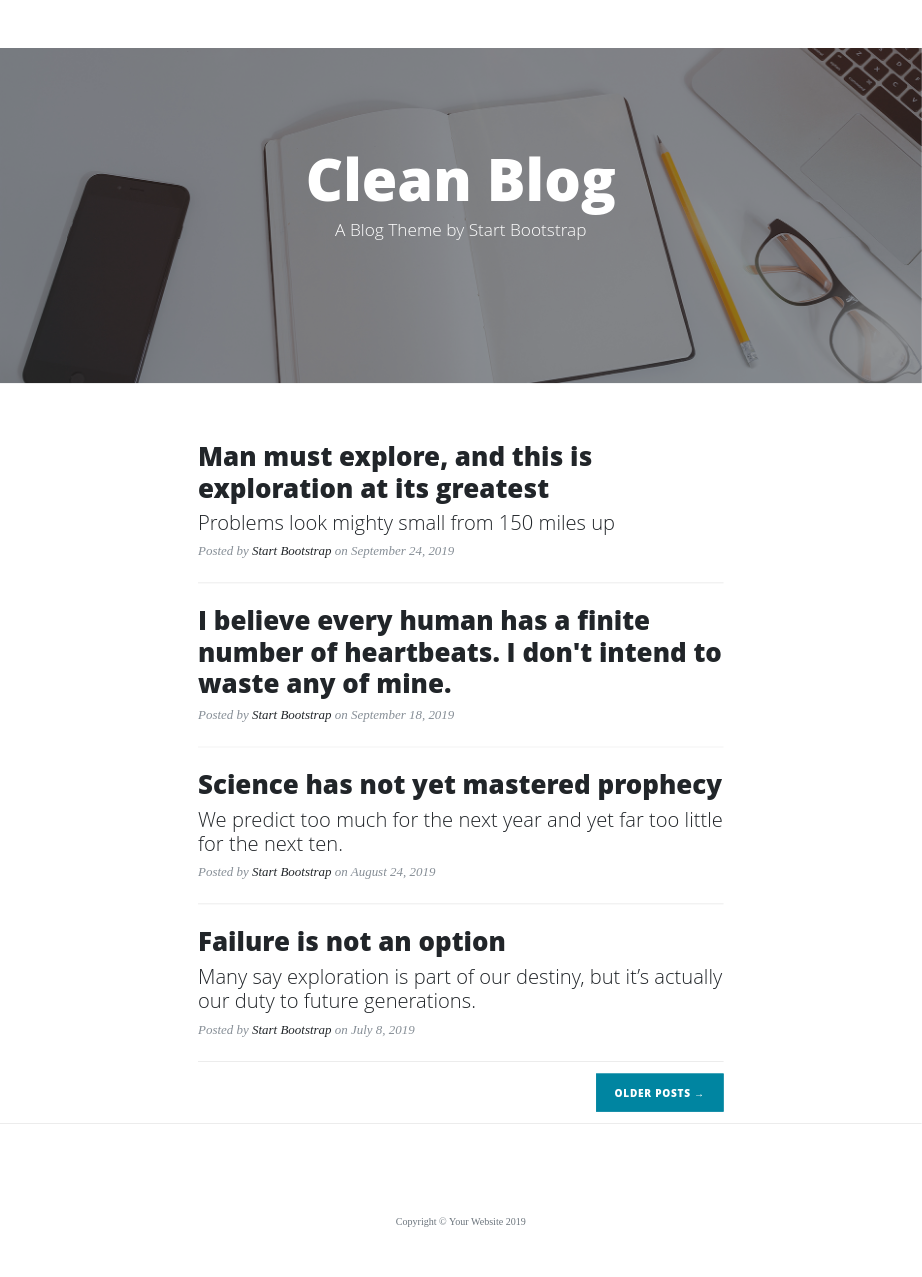
Repository: sheldon18/flask
Page: http://localhost/
The author's editor kept a record of every edit. The page is drawn from the files as they stood at one moment, then again after the next edit.
The browser window is 1280 px wide. The pictures show the whole page, at 72% of full size.
The page is served by the project's application, run on Flask 3 (run.py).

Above is the page before.

After the next edit:
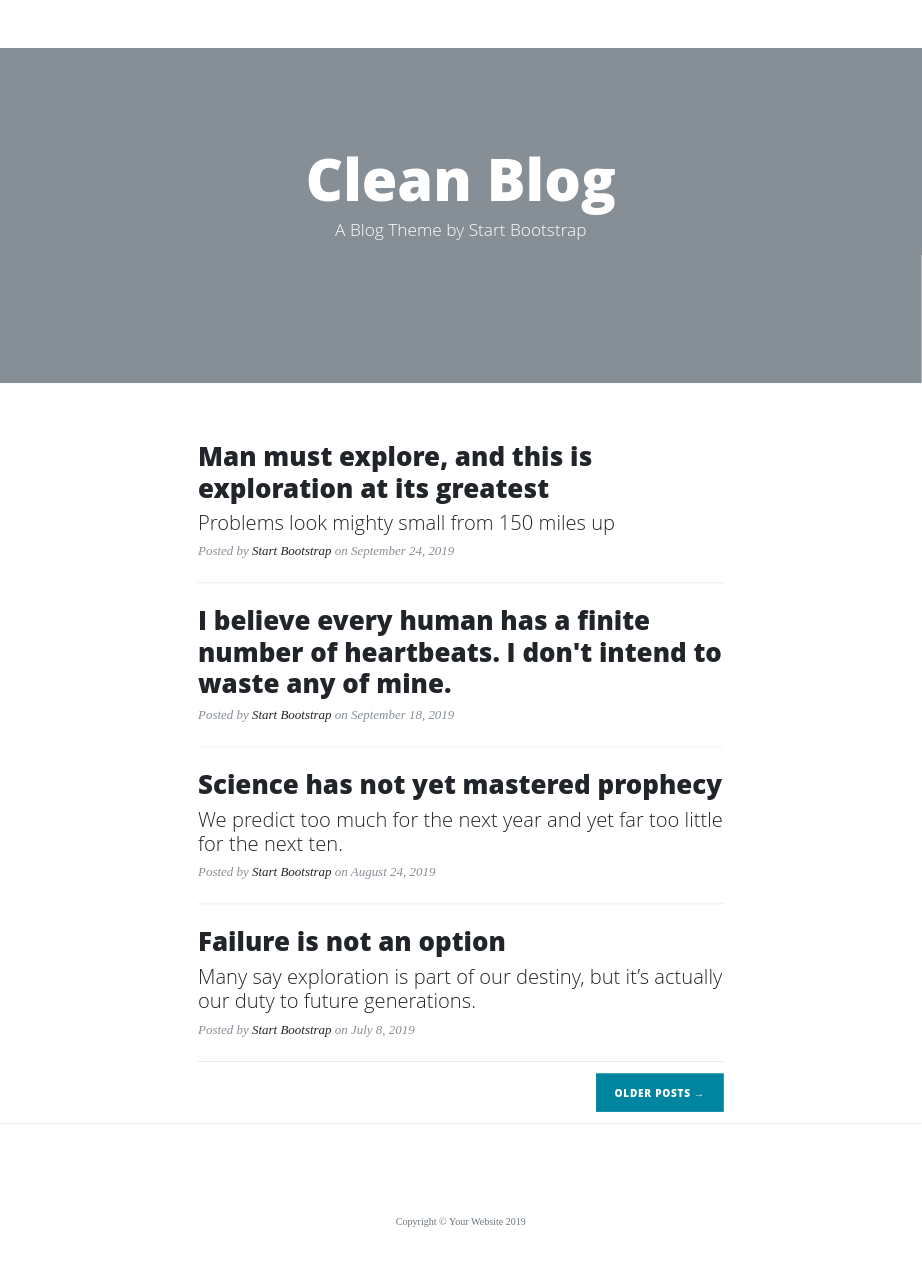
The edit:
--- a/templates/base.html
+++ b/templates/base.html
@@ -36,7 +36,7 @@
   </nav>
 
   <!-- Page Header -->
-  <header class="masthead" style="background-image: url('img/home-bg.jpg')">
+  <header class="masthead" style="background-image: url('{{ url_for('static', filename='img/home-bg.jpg') }}')>
     <div class="overlay"></div>
     <div class="container">
       <div class="row">
